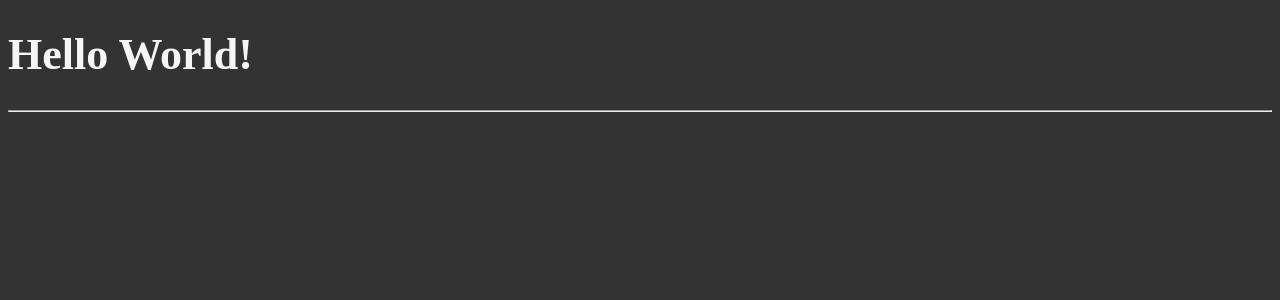
Repository: JavaProgrammerFromEastEurope/project-html-full-tutorial
Page: 04_lesson/index.html
These files come from the project's save history. The page is drawn as it stood at one moment and after a run of saves; the edit follows.
The browser window is 1280 px wide. The pictures show the whole page.

Above is the page before, as saved 2023-04-07 03:15:49.

### 04_lesson/index.html
<!DOCTYPE html>
<html lang="en">

<head>
	<meta charset="UTF-8">
	<meta name="author" content="Dave Gray">
	<meta name="description" content="This page contains all the things I am learning how to create as I learn HTML.">
	<title>My First Web Page</title>
	<link rel="icon" href="html5.png" type="image/x-icon">
	<link rel="stylesheet" href="main.css" type="text/css">
</head>

<body>
	<h1>Hello World!</h1>

	<hr>

</body>
</html>

Loaded but not shown: 04_lesson/main.css (common file)

After the next 2 saves:
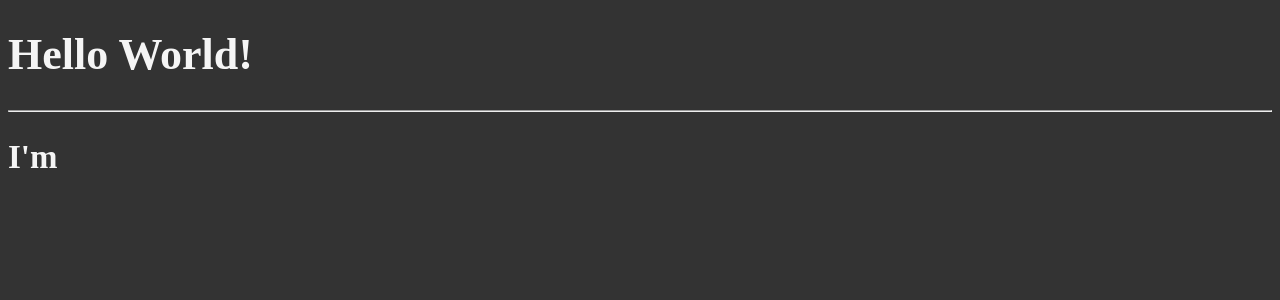
The 2 saves are shown as one change because they came seconds apart.
The last was saved 6 s later.
--- a/04_lesson/index.html
+++ b/04_lesson/index.html
@@ -14,6 +14,6 @@
 	<h1>Hello World!</h1>
 
 	<hr>
-
+	<h2> I'm </h2>
 </body>
 </html>
